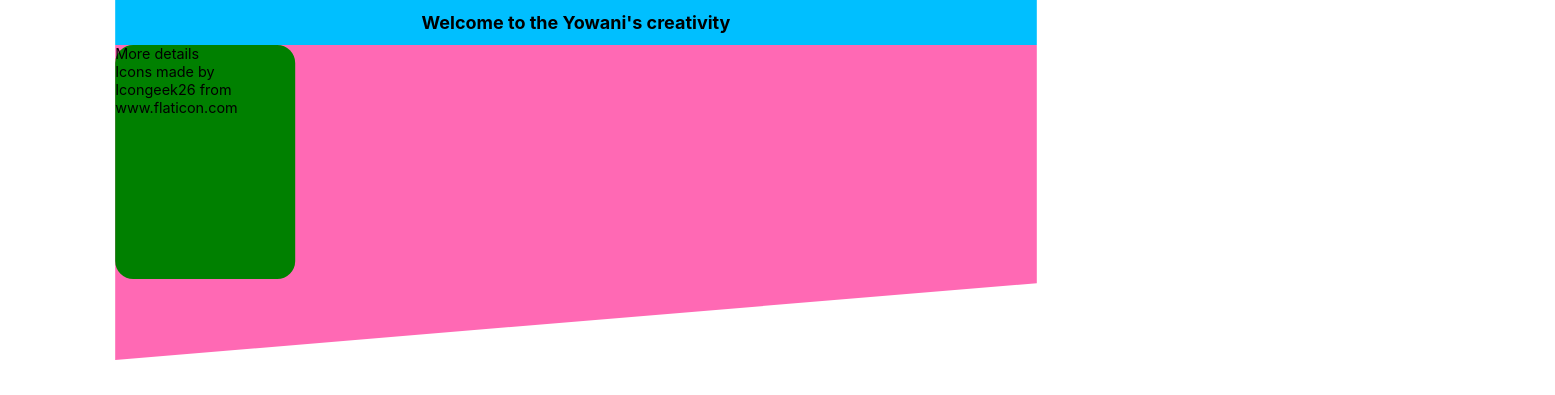
Repository: Yowani24/CarbonApp
Page: /
These files come from the project's save history. The page is drawn as it stood at one moment and after the next save; the edit follows.
The browser window is 1280 px wide. The page is 1728 px wide, so the pictures cover 1728 px, including what lies to the right of the window. The pictures show the whole page, at 90% of full size.
The project was rebuilt for these pictures with package versions that can differ from the ones it lists, and the page was loaded fresh each time. The framework's server and built-in components were replaced by stand-ins that run in the browser. Also part of the build but not shown: next.config.js, pages/cart/Cart.module.css, pages/cart/index.js.

Above is the page before, as saved 2021-09-26 12:49:58.

After the next save:
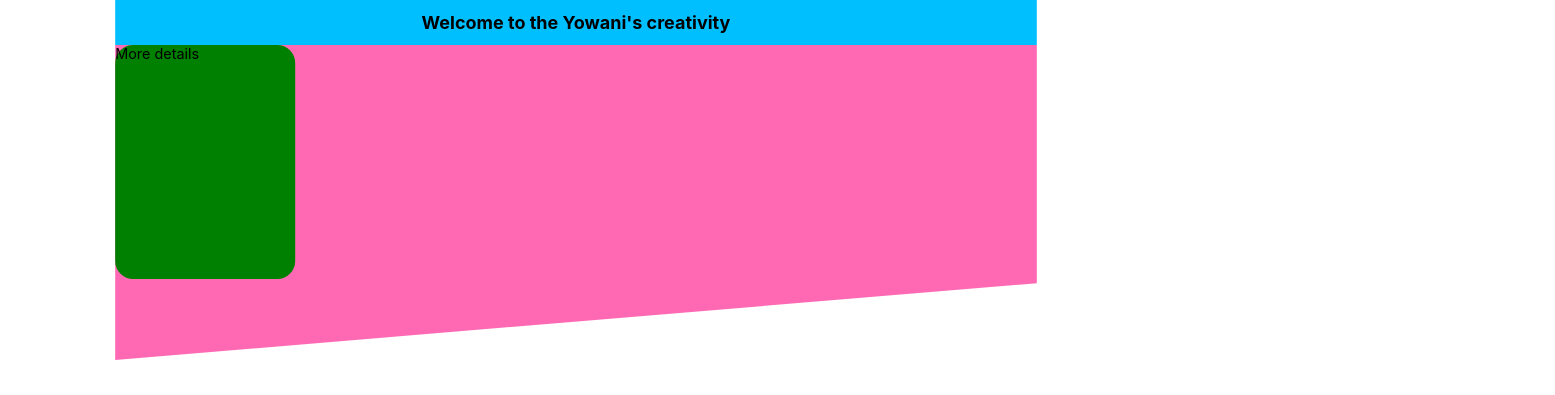
Saved 5 s later.
--- a/pages/index.js
+++ b/pages/index.js
@@ -19,7 +19,6 @@ export default function Home() {
             <div className={styles.card}>
               <div>
                 <p>More details</p>
-                <div>Icons made by <a href="https://www.flaticon.com/authors/icongeek26" title="Icongeek26">Icongeek26</a> from <a href="https://www.flaticon.com/" title="Flaticon">www.flaticon.com</a></div>
               </div>
             </div>
           </div>
